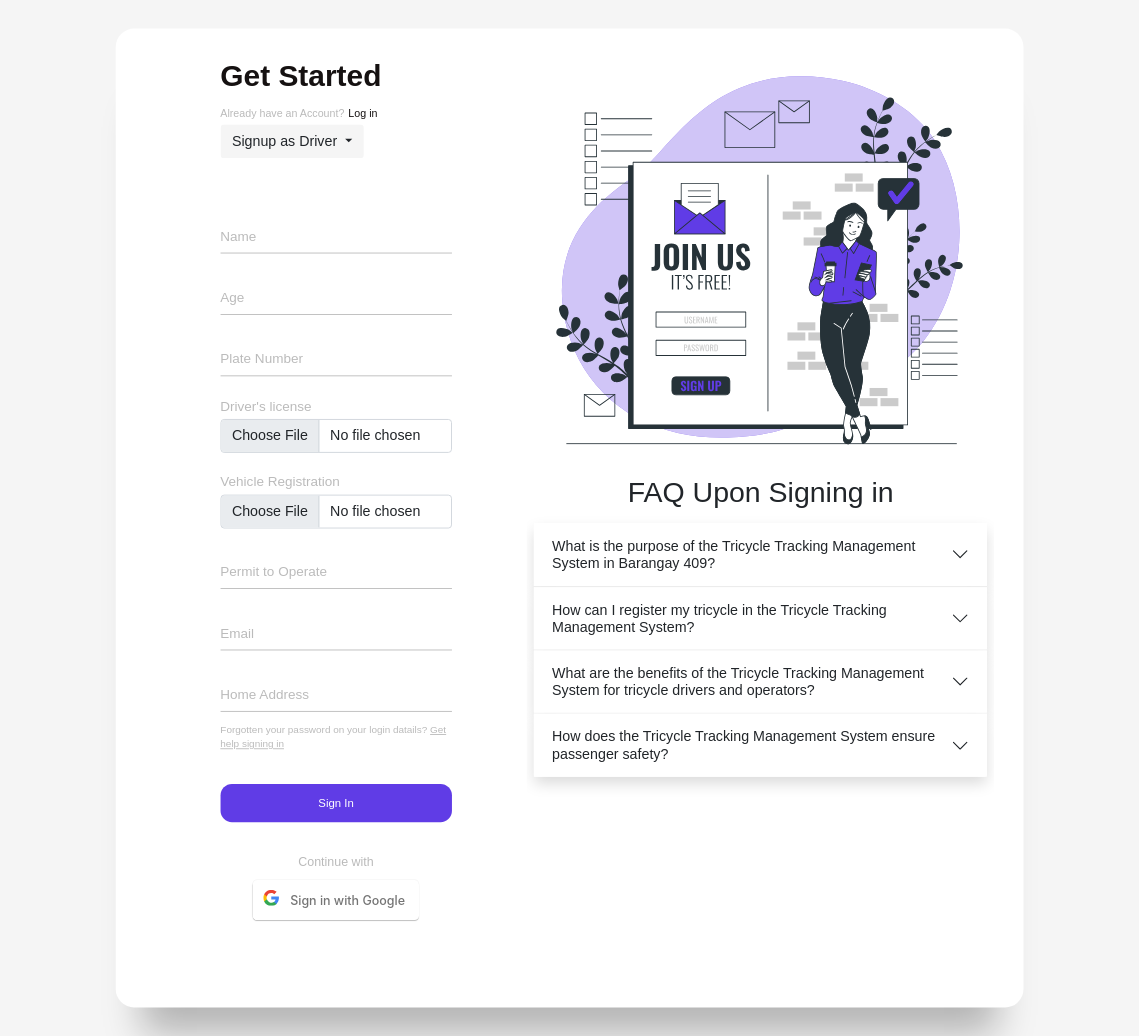
Repository: adrcstro/plate-to-place
Page: http://localhost/Loginsystem/Driverlogin.php
These files come from the project's save history. The page is drawn as it stood at one moment and after the next save; the edit follows.
The browser window is 1280 px wide. The pictures show the whole page, at 89% of full size.
Some web fonts or font styles are not loaded; a fallback is used. Some web libraries are served in a nearby version. The page is run by PHP 8.4 with error messages shown; the project is at /var/www/html/.

Above is the page before, as saved 2023-10-31 12:41:44.

After the next save:
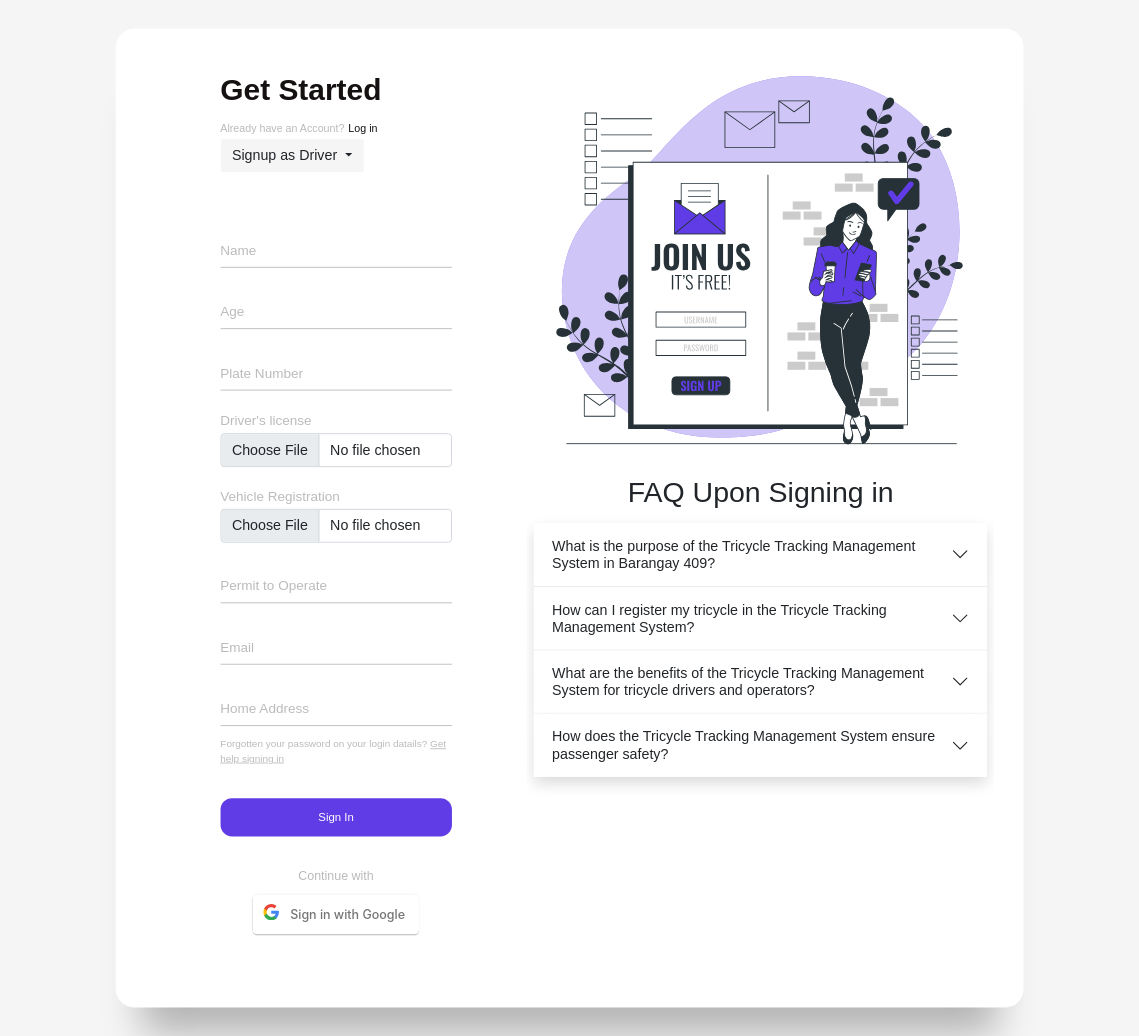
Saved 6 s later.
--- a/Loginsystem/driver.css
+++ b/Loginsystem/driver.css
@@ -401,7 +401,7 @@ margin-top: -4rem;
 }
 
 .sign-in-form{
-  margin-top: -2rem;
+  margin-top: -1rem;
 }
 .dropdown{
   margin-top: -2rem;
